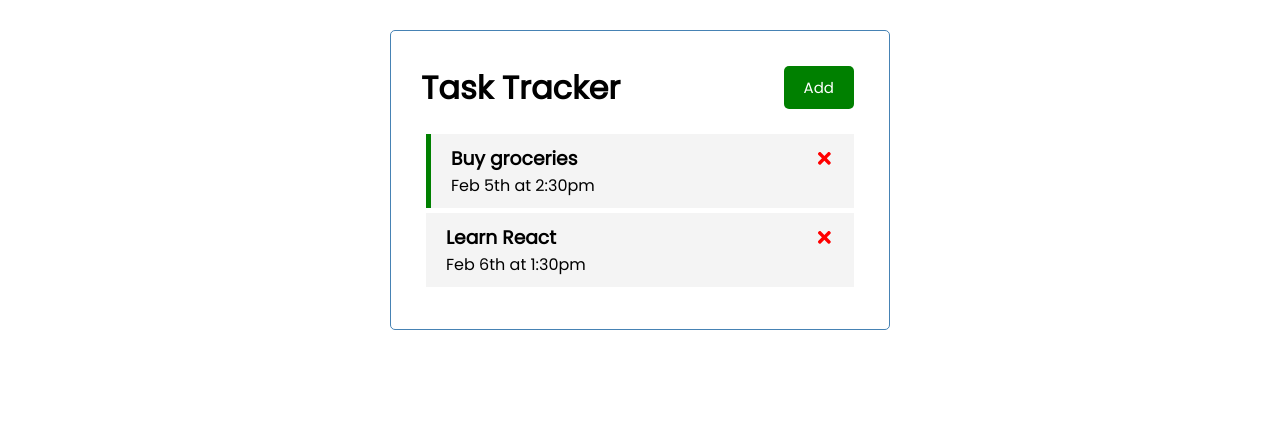
Repository: Samkiroko/task-tracker-app
Page: /
An editor plug-in stored every save of this project. The page is shown before and after the next save, followed by the edit.
The browser window is 1280 px wide. The pictures show the whole page.
The project was rebuilt for these pictures with package versions that can differ from the ones it lists, and the page was loaded fresh each time. Requests to the local data server were answered from the project's data file. Also part of the build but not shown: src/components/AddTask.js.

Above is the page before, as saved 2021-08-04 23:31:54.

### public/index.html
<!DOCTYPE html>
<html lang="en">

<head>
    <meta charset="utf-8" />
    <link rel="icon" href="%PUBLIC_URL%/favicon.ico" />
    <meta name="viewport" content="width=device-width, initial-scale=1" />
    <meta name="theme-color" content="#000000" />
    <meta name="description" content="Web site created using create-react-app" />
    <link rel="apple-touch-icon" href="%PUBLIC_URL%/logo192.png" />

    <link rel="manifest" href="%PUBLIC_URL%/manifest.json" />

    <title>Task tracker App</title>
</head>

<body>
    <div id="root"></div>
</body>

</html>

### src/index.css
@import url('https://fonts.googleapis.com/css2?family=Poppins:wght@300;400&display=swap');
* {
    box-sizing: border-box;
    margin: 0;
    padding: 0;
}

body {
    font-family: 'Poppins', sans-serif;
}

.container {
    max-width: 500px;
    margin: 30px auto;
    overflow: auto;
    min-height: 300px;
    border: 1px solid steelblue;
    padding: 30px;
    border-radius: 5px;
}

.header {
    display: flex;
    justify-content: space-between;
    align-items: center;
    margin-bottom: 20px;
}

.btn {
    display: inline-block;
    background: #000;
    color: #fff;
    border: none;
    padding: 10px 20px;
    margin: 5px;
    border-radius: 5px;
    cursor: pointer;
    text-decoration: none;
    font-size: 15px;
    font-family: inherit;
}

.btn:focus {
    outline: none;
}

.btn:active {
    transform: scale(0.98);
}

.btn-block {
    display: block;
    width: 100%;
}

.task {
    background: #f4f4f4;
    margin: 5px;
    padding: 10px 20px;
    cursor: pointer;
}

.task.reminder {
    border-left: 5px solid green;
}

.task h3 {
    display: flex;
    align-items: center;
    justify-content: space-between;
}

.add-form {
    margin-bottom: 40px;
}

.form-control {
    margin: 20px 0;
}

.form-control label {
    display: block;
}

.form-control input {
    width: 100%;
    height: 40px;
    margin: 5px;
    padding: 3px 7px;
    font-size: 17px;
}

.form-control-check {
    display: flex;
    align-items: center;
    justify-content: space-between;
}

.form-control-check label {
    flex: 1;
}

.form-control-check input {
    flex: 2;
    height: 20px;
}

footer {
    margin-top: 30px;
    text-align: center;
}

### src/App.js
import { useState, useEffect } from 'react';
import AddTask from './components/AddTask';
import Header from './components/Header';
import Task from './components/Tasks';

function App() {
  const [showAddTask, setShowAddTask] = useState(false);
  const [tasks, setTasks] = useState([]);

  useEffect(() => {
    const getTasks = async () => {
      const tasksFromServer = await fetchTasks();
      setTasks(tasksFromServer);
    };
    getTasks();
  }, []);

  // fetch tasks
  const fetchTasks = async () => {
    const res = await fetch('http://localhost:5000/tasks');
    const data = await res.json();
    return data;
  };

  // fetch tasks
  const fetchTask = async (id) => {
    const res = await fetch(`http://localhost:5000/tasks/${id}`);
    const data = await res.json();
    return data;
  };

  // Add Task
  const addTask = async (task) => {
    const res = await fetch('http://localhost:5000/tasks', {
      method: 'POST',
      headers: {
        'Content-type': 'application/json',
      },
      body: JSON.stringify(task),
    });

    const data = await res.json();
    setTasks([...tasks, data]);
    //   const id = Math.floor(Math.random() * 10000) + 1;
    //   const newTask = {
    //     id,
    //     ...task,
    //   };
    //   setTasks([...tasks, newTask]);
  };

  // Delete Task
  const deleteTask = async (id) => {
    await fetch(`http://localhost:5000/tasks/${id}`, {
      method: 'DELETE',
    });
    setTasks(tasks.filter((task) => task.id !== id));
  };

  //  Toggle reminder
  const toggleReminder = async (id) => {
    const taskToToggle = await fetchTask(id);
    const updTask = { ...taskToToggle, reminder: !taskToToggle.reminder };
    const res = await fetch(`http://localhost:5000/tasks/${id}`, {
      method: 'PUT',
      headers: {
        'Content-type': 'application/json',
      },
      body: JSON.stringify(updTask),
    });

    const data = await res.json();

    setTasks(
      tasks.map((task) =>
        task.id === id ? { ...task, reminder: data.reminder } : task,
      ),
    );
  };

  return (
    <div className="container">
      <Header
        title="Task Tracker"
        onAdd={() => setShowAddTask(!showAddTask)}
        showAdd={showAddTask}
      />
      {showAddTask && <AddTask onAdd={addTask} />}
      {tasks.length > 0 ? (
        <Task tasks={tasks} onDelete={deleteTask} onToggle={toggleReminder} />
      ) : (
        <div>No Tasks</div>
      )}
    </div>
  );
}

export default App;

### src/components/Header.js
import React from 'react';
import Button from './Button';

const Header = ({ title, onAdd, showAdd }) => {
  return (
    <header className="header">
      <h1>{title}</h1>
      <Button
        color={showAdd ? 'red' : 'green'}
        text={showAdd ? 'Close' : 'Add'}
        onClick={onAdd}
      />
    </header>
  );
};

export default Header;

### src/components/Tasks.js
import Task from './Task';

const Tasks = ({ tasks, onDelete, onToggle }) => {
  return (
    <>
      {tasks.map((task, index) => (
        <Task key={index} task={task} onDelete={onDelete} onToggle={onToggle} />
      ))}
    </>
  );
};

export default Tasks;

### src/components/Button.js
import PropTypes from 'prop-types';
import React from 'react';

const Button = ({ color, text, onClick }) => {
  return (
    <button
      onClick={onClick}
      style={{ backgroundColor: color }}
      className="btn">
      {text}
    </button>
  );
};

Button.defaultProps = {
  color: 'steelblue',
};

Button.propTypes = {
  color: PropTypes.string,
  text: PropTypes.string,
  onClick: PropTypes.func,
};

export default Button;

### src/components/Task.js
import React from 'react';
import { FaTimes } from 'react-icons/fa';

const Task = ({ task, onDelete, onToggle }) => {
  return (
    <div
      className={`task ${task.reminder ? 'reminder' : ''}`}
      onDoubleClick={() => onToggle(task.id)}>
      <h3>
        {task.text}
        <FaTimes
          style={{ color: 'red', cursor: 'pointer' }}
          onClick={() => onDelete(task.id)}
        />
      </h3>
      <p>{task.day}</p>
    </div>
  );
};

export default Task;

### db.json
{
    "tasks": [{
            "id": 1,
            "text": "Buy groceries",
            "day": "Feb 5th at 2:30pm",
            "reminder": true
        },
        {
            "id": 2,
            "text": "Learn React",
            "day": "Feb 6th at 1:30pm",
            "completed": false
        }
    ]
}

### src/components/Footer.js
import React from 'react';

const Footer = () => {
  return (
    <footer>
      <p>Copyright &copy; 2021</p>
      <a href="/about">About</a>
    </footer>
  );
};

export default Footer;

Loaded but not shown: src/index.js (common file)

After the next save:
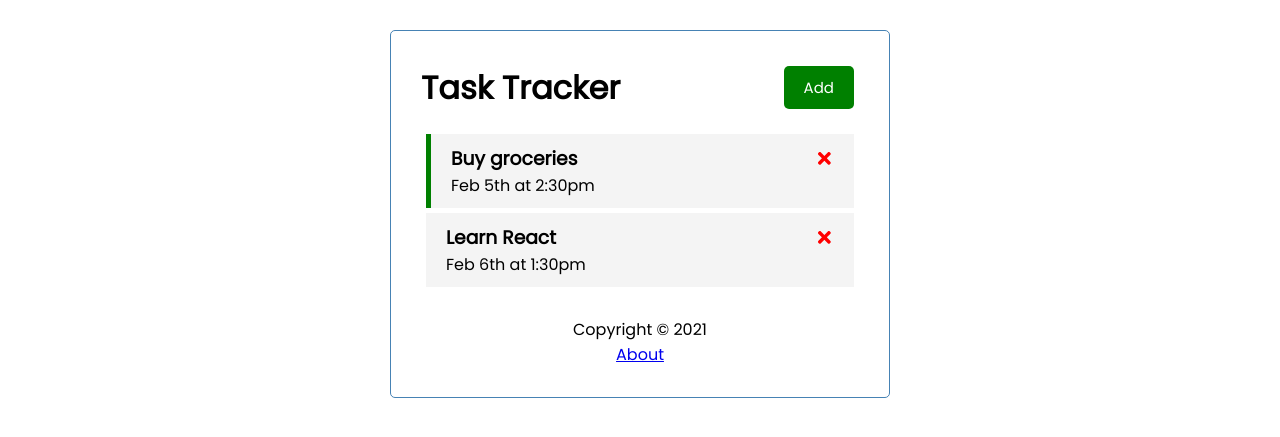
Saved 29 s later.
--- a/src/App.js
+++ b/src/App.js
@@ -1,5 +1,6 @@
 import { useState, useEffect } from 'react';
 import AddTask from './components/AddTask';
+import Footer from './components/Footer';
 import Header from './components/Header';
 import Task from './components/Tasks';
 
@@ -91,6 +92,7 @@ function App() {
       ) : (
         <div>No Tasks</div>
       )}
+      <Footer />
     </div>
   );
 }
